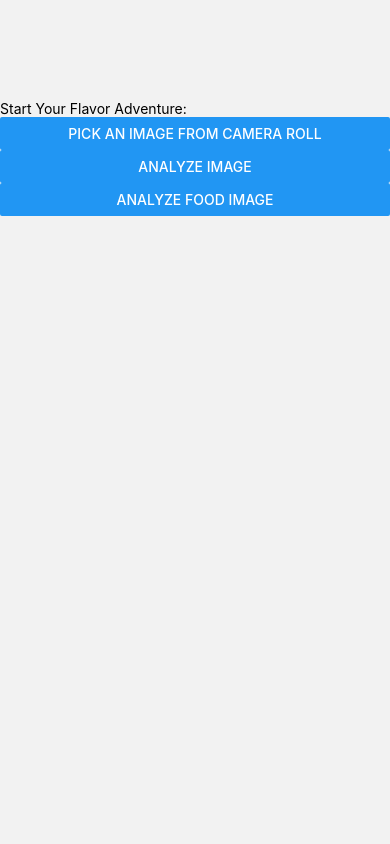
Repository: djdjdallas/taste-without-borders
Screen: /Home
These files come from the project's save history. The screen is drawn as it stood at one moment and after the next save; the edit follows.
The app was drawn by React Native's web renderer in a window 390 px wide. The project was rebuilt for these pictures with package versions that can differ from the ones it lists, and the page was loaded fresh each time.

Above is the screen before, as saved 2023-12-26 19:58:06.

### App.js
import React from "react";
import { NavigationContainer } from "@react-navigation/native";
import { createNativeStackNavigator } from "@react-navigation/native-stack";
import HomeScreen from "./HomeScreen"; // Make sure the path is correct
import StartScreen from "./StartScreen";

const Stack = createNativeStackNavigator();

const App = () => {
  return (
    <NavigationContainer>
      <Stack.Navigator>
        <Stack.Screen name="Start" component={StartScreen} />
        <Stack.Screen name="Home" component={HomeScreen} />
        {/* You can add more screens to your navigator here */}
      </Stack.Navigator>
    </NavigationContainer>
  );
};

export default App;

### HomeScreen.js
import React, { useLayoutEffect, useState } from "react";
import { StyleSheet, View, Button, Image, Alert, Text } from "react-native";
import * as ImagePicker from "expo-image-picker";
import { useNavigation } from "@react-navigation/native";

const HomeScreen = () => {
  const navigation = useNavigation();
  const [selectedImage, setSelectedImage] = useState(null);
  const [responseText, setResponseText] = useState("");

  const pickImage = async () => {
    const { status } = await ImagePicker.requestMediaLibraryPermissionsAsync();
    if (status !== "granted") {
      Alert.alert(
        "Permissions required",
        "Sorry, we need camera roll permissions to make this work!"
      );
      return;
    }

    let result = await ImagePicker.launchImageLibraryAsync({
      mediaTypes: ImagePicker.MediaTypeOptions.Images,
      allowsEditing: true,
      aspect: [4, 3],
      quality: 1,
      base64: true,
    });

    if (!result.canceled && result.assets && result.assets[0].base64) {
      setSelectedImage(result.assets[0].base64);
    }
  };

  const handleResponse = (responseText) => {
    const dishes = responseText.split("\n");
    const formattedResponse = dishes.join("\n\n");
    setResponseText(formattedResponse);
  };

  const analyzeImage = async () => {
    if (selectedImage) {
      const apiKey = "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"; // Replace with your actual API key
      const endpoint = "https://api.openai.com/v1/chat/completions"; // Replace with your actual API endpoint

      const payload = {
        model: "gpt-4-vision-preview", // Replace with your model name
        messages: [
          {
            role: "user",
            content: [
              {
                type: "text",
                text: "Analyze this image and translate it into English?",
              },
              {
                type: "image_url",
                image_url: {
                  url: `data:[embedded picture, 41 characters]
                },
              },
            ],
          },
        ],
        max_tokens: 300,
      };

      try {
        const response = await fetch(endpoint, {
          method: "POST",
          headers: {
            "Content-Type": "application/json",
            Authorization: `Bearer ${apiKey}`,
          },
          body: JSON.stringify(payload),
        });

        if (!response.ok) {
          throw new Error(`HTTP error! status: ${response.status}`);
        }

        const data = await response.json();
        if (data.choices && data.choices[0]) {
          handleResponse(data.choices[0].message.content);
        } else {
          setResponseText("Unexpected response structure");
        }
      } catch (error) {
        setResponseText(`Error: ${error.message}`);
      }
    } else {
      setResponseText("No image selected");
    }
  };

  const analyzeFoodImage = async () => {
    if (selectedImage) {
      const apiKey = "YOUR_API_KEY"; // Replace with your actual API key
      const endpoint = "YOUR_API_ENDPOINT"; // Replace with your actual API endpoint

      const payload = {
        model: "YOUR_MODEL_NAME", // Replace with your model name
        messages: [
          {
            role: "user",
            content: [
              {
                type: "text",
                text: "Analyze this food image and describe it with humor.",
              },
              {
                type: "image_url",
                image_url: {
                  url: `data:[embedded picture, 41 characters]
                },
              },
            ],
          },
        ],
        max_tokens: 300,
      };

      try {
        const response = await fetch(endpoint, {
          method: "POST",
          headers: {
            "Content-Type": "application/json",
            Authorization: `Bearer ${apiKey}`,
          },
          body: JSON.stringify(payload),
        });

        if (!response.ok) {
          throw new Error(`HTTP error! status: ${response.status}`);
        }

        const data = await response.json();
        if (data.choices && data.choices[0]) {
          handleResponse(data.choices[0].message.content);
        } else {
          setResponseText("Unexpected response structure");
        }
      } catch (error) {
        setResponseText(`Error: ${error.message}`);
      }
    } else {
      setResponseText("No image selected");
    }
  };
  useLayoutEffect(() => {
    navigation.setOptions({
      headerShown: false,
    });
  }, []);

  return (
    <View style={{ marginTop: 100 }}>
      <View>
        <Text>Start Your Flavor Adventure:</Text>
      </View>
      <Button title="Pick an image from camera roll" onPress={pickImage} />
      {selectedImage && (
        <Image
          source={{ uri: `data:[embedded picture, 40 characters] }}
          style={styles.image}
        />
      )}
      <Button title="Analyze Image" onPress={analyzeImage} />
      <Button title="Analyze Food Image" onPress={analyzeFoodImage} />
      {responseText ? (
        <Text style={styles.responseText}>{responseText}</Text>
      ) : null}
    </View>
  );
};

// const styles = StyleSheet.create({
//   container: {
//     flex: 1,
//     padding: 20,
//     justifyContent: "center",
//     backgroundColor: "#F2F2F2",
//   },
//   textContainer: {
//     alignItems: "center",
//     marginBottom: 20,
//   },
//   titleText: {
//     fontSize: 22,
//     fontWeight: "bold",
//     textAlign: "center",
//   },
//   descriptionText: {
//     fontSize: 16,
//     textAlign: "center",
//     marginTop: 10,
//   },
//   lineStyle: {
//     height: 2,
//     backgroundColor: "black",
//     width: "100%",
//     marginTop: 10,
//   },
//   buttonContainer: {
//     flexDirection: "row",
//     justifyContent: "space-around",
//     alignItems: "center",
//   },
//   button: {
//     width: 164,
//     height: 208,
//     justifyContent: "center",
//     alignItems: "center",
//     backgroundColor: "#FFF",
//     elevation: 5, // This adds the drop shadow on Android
//     shadowColor: "#000", // These 3 lines add the shadow on iOS
//     shadowOffset: { width: 0, height: 2 },
//     shadowOpacity: 0.25,
//     shadowRadius: 3.84,
//     marginBottom: 20, // Adjust as needed for space from bottom
//   },
//   buttonText: {
//     fontSize: 18,
//     fontWeight: "bold",
//     textAlign: "center",
//   },
//   image: {
//     width: 200,
//     height: 200,
//     margin: 10,
//   },
//   responseText: {
//     marginTop: 20,
//     padding: 10,
//     borderWidth: 1,
//     borderColor: "#ddd",
//     borderRadius: 5,
//   },
// });

export default HomeScreen;

### StartScreen.js
import {
  View,
  Text,
  Image,
  TouchableOpacity,
  ImageBackground,
  StyleSheet,
} from "react-native";
import React, { useLayoutEffect } from "react";
import { useNavigation } from "@react-navigation/native";

const image = { uri: "https://i.ibb.co/RQYb1f7/i-Phone-11-Pro-Max-1.png" };
const hero = { uri: "https://i.ibb.co/zQtzrR4/hero-2.png" };

const StartScreen = () => {
  const navigation = useNavigation();

  useLayoutEffect(() => {
    navigation.setOptions({
      headerShown: false,
    });
  }, []);
  return (
    <View style={styles.container}>
      <ImageBackground source={hero} resizeMode="cover" style={styles.image}>
        <TouchableOpacity
          style={styles.button}
          onPress={() => {
            navigation.navigate("Home");
            /* Handle the press event */
          }}
        >
          <Text style={styles.text}>Get Started</Text>
        </TouchableOpacity>
      </ImageBackground>
    </View>
  );
};

const styles = StyleSheet.create({
  container: {
    flex: 1,
  },
  image: {
    flex: 1,
    justifyContent: "flex-end", // Aligns children to the bottom
    alignItems: "center", // Centers children horizontally
  },
  text: {
    color: "#FA4A0C", // Given text color
    fontSize: 16, // Adjusted for typical button text
    fontWeight: "bold",
  },
  button: {
    width: 314, // Width as per your requirement
    height: 70, // Height as per your requirement
    justifyContent: "center", // Center the text vertically
    alignItems: "center", // Center the text horizontally
    backgroundColor: "white", // Button background color
    marginBottom: 80, // Distance from the bottom
    borderRadius: 50, // Distance from the bottom
  },
});

export default StartScreen;

After the next save:
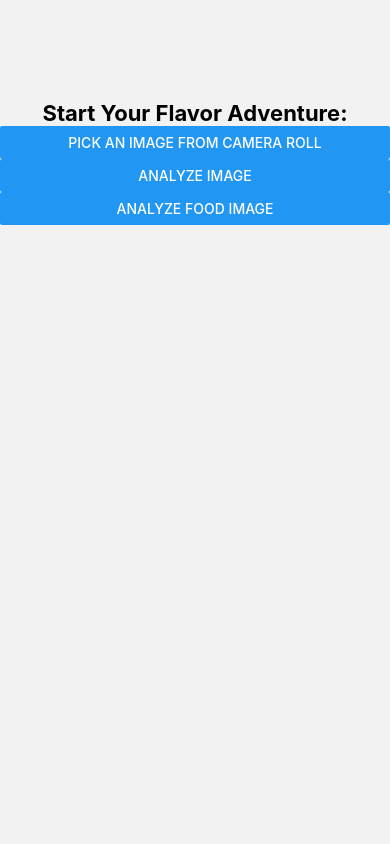
Saved 31 s later.
--- a/HomeScreen.js
+++ b/HomeScreen.js
@@ -155,7 +155,9 @@ const HomeScreen = () => {
   return (
     <View style={{ marginTop: 100 }}>
       <View>
-        <Text>Start Your Flavor Adventure:</Text>
+        <Text style={{ fontSize: 22, fontWeight: "bold", textAlign: "center" }}>
+          Start Your Flavor Adventure:
+        </Text>
       </View>
       <Button title="Pick an image from camera roll" onPress={pickImage} />
       {selectedImage && (
